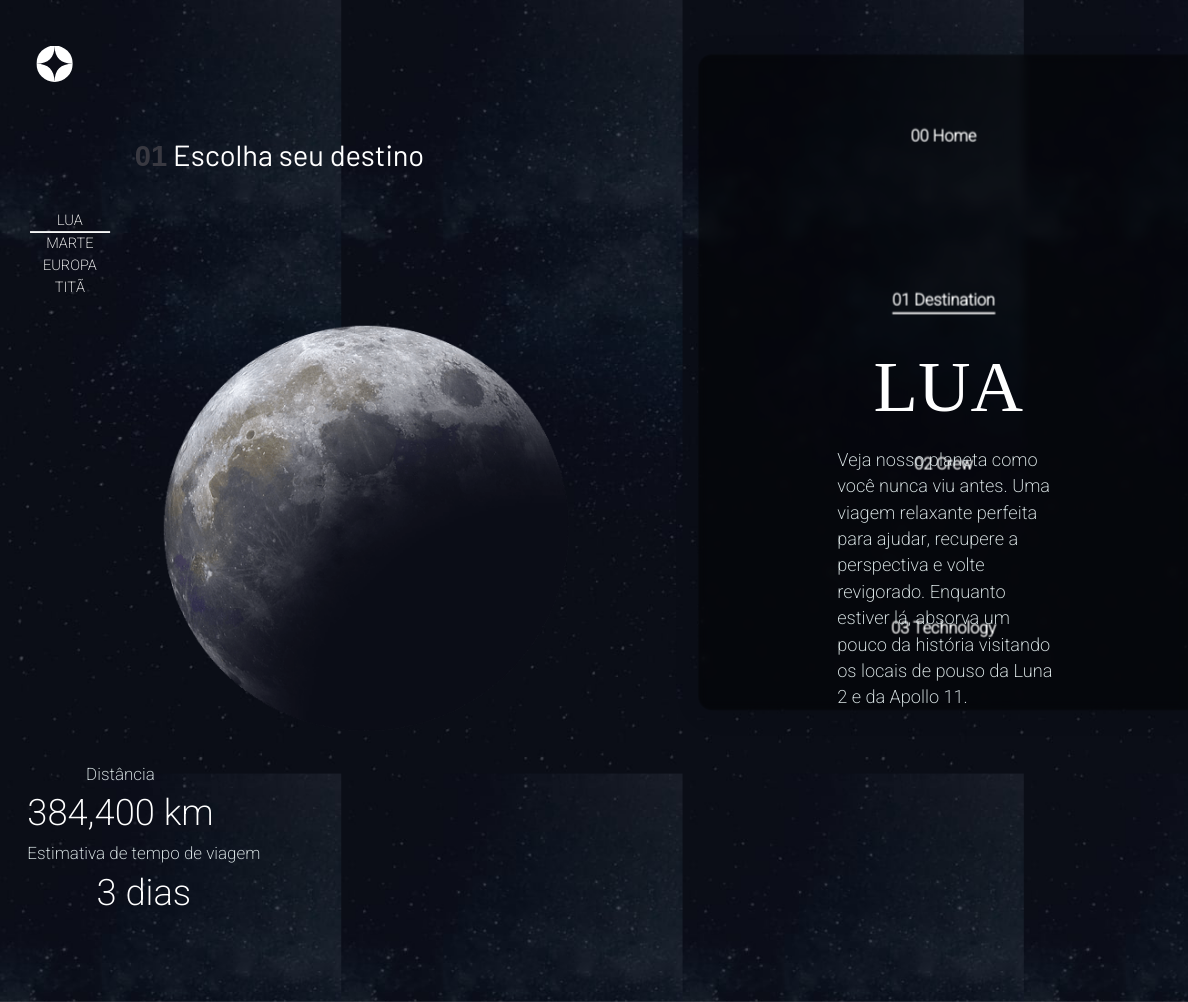
Repository: Leonngc/space-site
Page: space-tourism-website-main/space-tourism-website-main/starter-code/destination-moon.html
An editor plug-in stored every save of this project. The page is shown before and after the next save, followed by the edit.
The browser window is 768 px wide. The page is 1306 px wide, so the pictures cover 1306 px, including what lies to the right of the window. The pictures show the whole page, at 91% of full size.
Some icons come from a web library that is not loaded, so they are not drawn.

Above is the page before, as saved 2023-04-30 01:14:13.

After the next save:
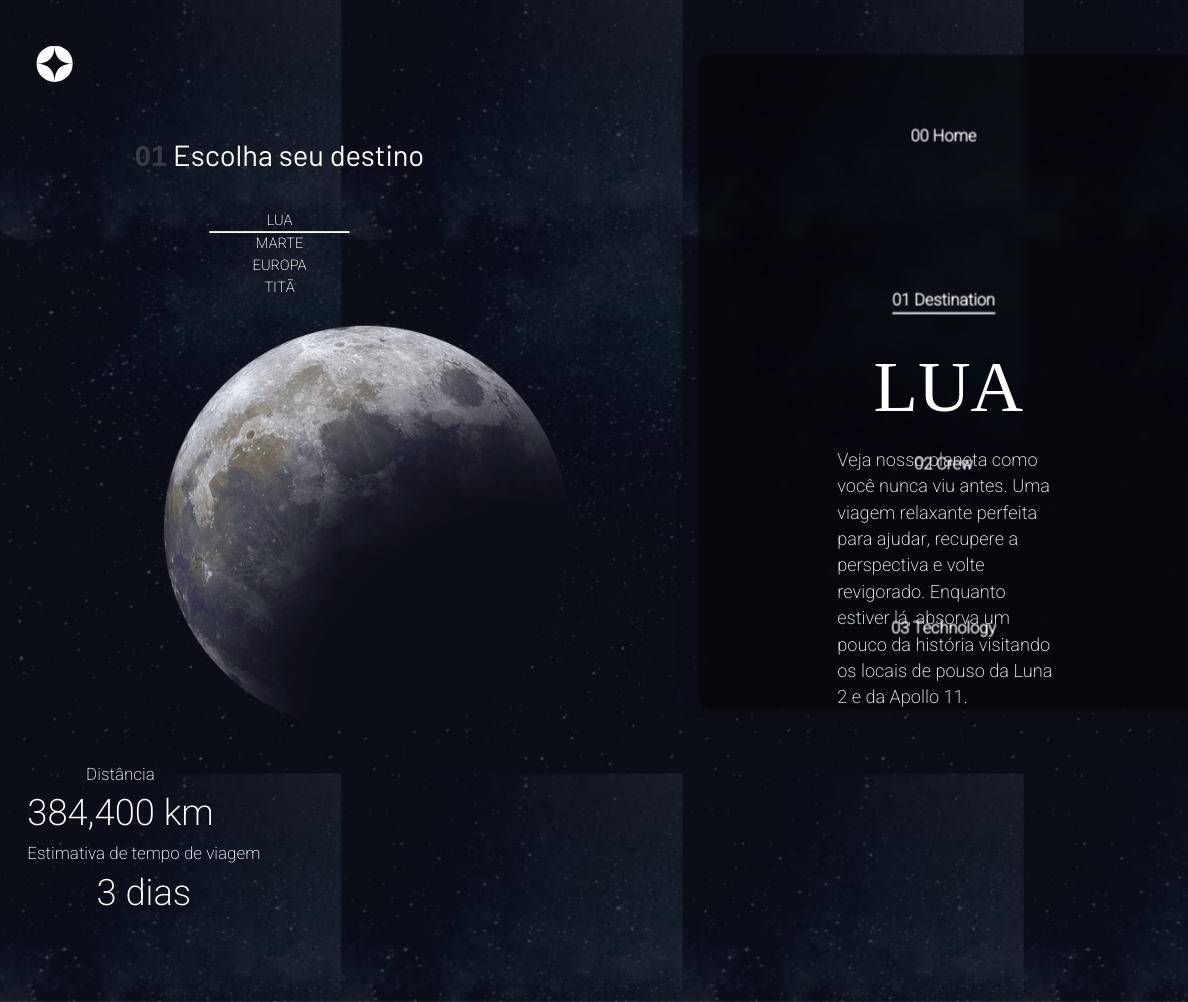
Saved 6 s later.
--- a/space-tourism-website-main/space-tourism-website-main/starter-code/styles/destination.css
+++ b/space-tourism-website-main/space-tourism-website-main/starter-code/styles/destination.css
@@ -123,7 +123,6 @@ strong{
 
     .nav-travel{
         float: none;
-        align-items: center;
-        justify-content: center;
+        margin: auto;
     }
 }
